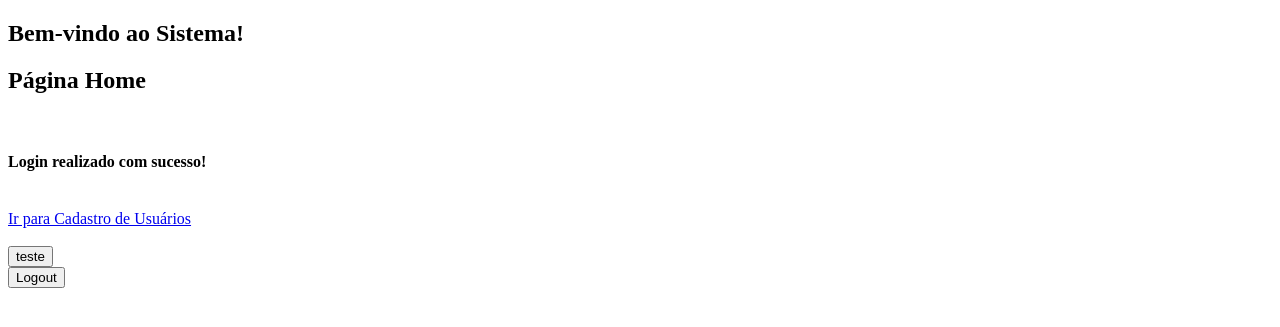
Repository: DevBocalom/WebJava-Claretiano
Page: http://localhost/app2025-A1/home.jsp
These files come from the project's save history. The page is drawn as it stood at one moment and after the next save; the edit follows.
The browser window is 1280 px wide. The pictures show the whole page.
The page is served by Tomcat 10. Other server files are loaded and not shown.

Above is the page before, as saved 2025-04-10 00:33:56.

### JavaWeb/app2025-A1/src/main/webapp/home.jsp
<%@ page language="java" contentType="text/html; charset=UTF-8"
	pageEncoding="UTF-8"%>
<!DOCTYPE html>
<html>
<head>
<meta charset="UTF-8">
<title>JSP Home</title>
</head>
<body>
	<div id="container">
		<h2>Bem-vindo ao Sistema!</h2>
		<h2>Página Home</h2>
		<br />
		<h4>Login realizado com sucesso!</h4>
		<br /> <a href="HomeController?action=usuarioscadastro">Ir para
			Cadastro de Usuários</a> <br /> <br />
		<!-- Botão de Logout -->

		<form action="UsuarioControl" method="POST">
			<input type="hidden" name="action" value="logout">
			<button type="submit">teste</button>
		</form>
		<form action="LoginServlet" method="POST">
			<input type="hidden" name="action" value="logout">
			<button type="submit">Logout</button>
		</form>
	</div>
</body>
</html>

After the next save:
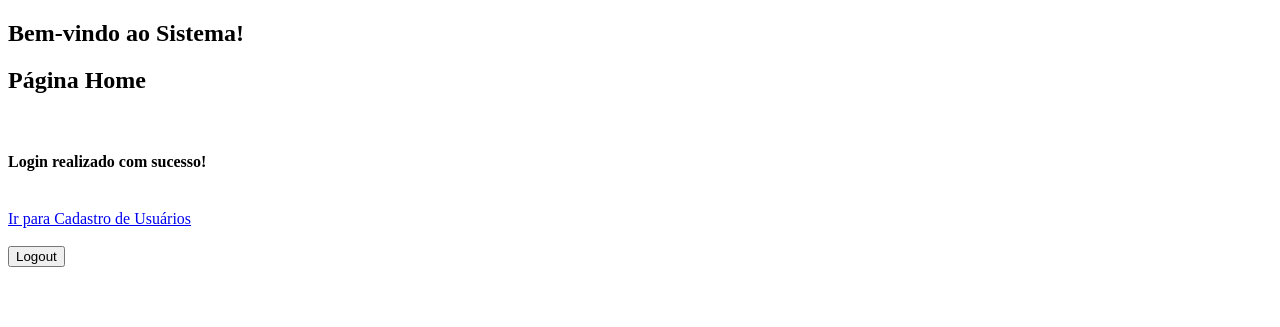
Saved 4 min 10 s later.
--- a/JavaWeb/app2025-A1/src/main/webapp/home.jsp
+++ b/JavaWeb/app2025-A1/src/main/webapp/home.jsp
@@ -16,10 +16,6 @@
 			Cadastro de Usuários</a> <br /> <br />
 		<!-- Botão de Logout -->
 
-		<form action="UsuarioControl" method="POST">
-			<input type="hidden" name="action" value="logout">
-			<button type="submit">teste</button>
-		</form>
 		<form action="LoginServlet" method="POST">
 			<input type="hidden" name="action" value="logout">
 			<button type="submit">Logout</button>
